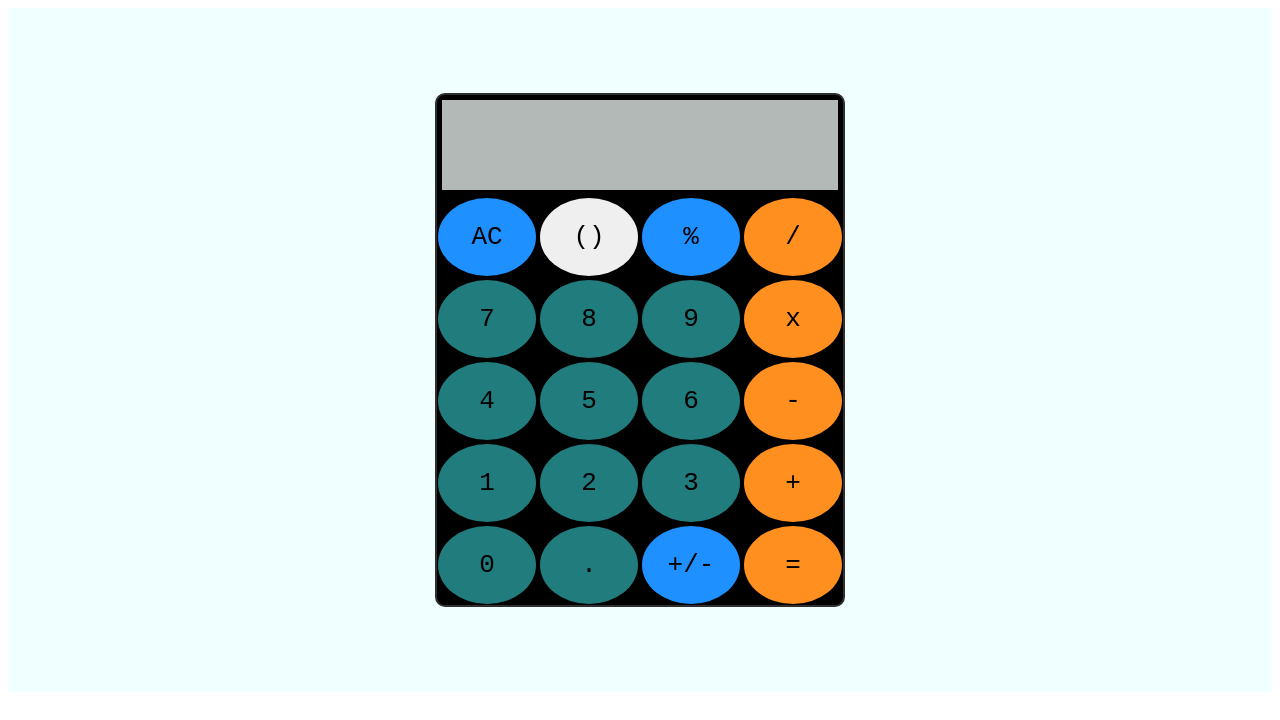
Repository: MhlengiNgubane/BrainnestJsTwo
Page: index.html
The author's editor kept a copy of each file at every save. The page is drawn from the files as they stood at one save, then again after a run of saves.
The browser window is 1280 px wide. The pictures show the whole page.

Above is the page before, as saved 2022-09-07 23:18:38.

After the next 2 saves:
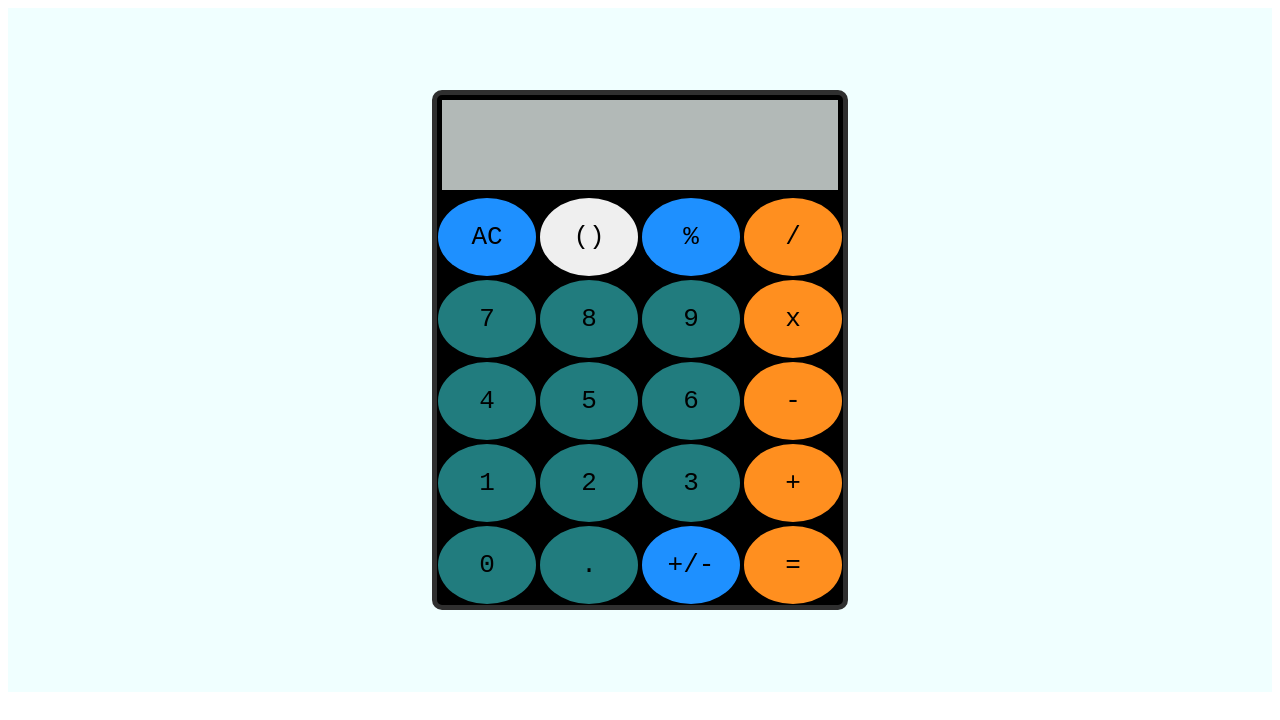
The 2 saves are shown as one change because they came seconds apart.
The last was saved 6 s later.
--- a/style.css
+++ b/style.css
@@ -16,7 +16,7 @@ body {
 
 #container {
     background-color: black;
-    border: 2px solid rgba(47,47,47,1);
+    border: 5px solid rgba(47,47,47,1);
     border-radius: 10px;
     display: grid;
     grid-template-columns: repeat(4, 100px);
